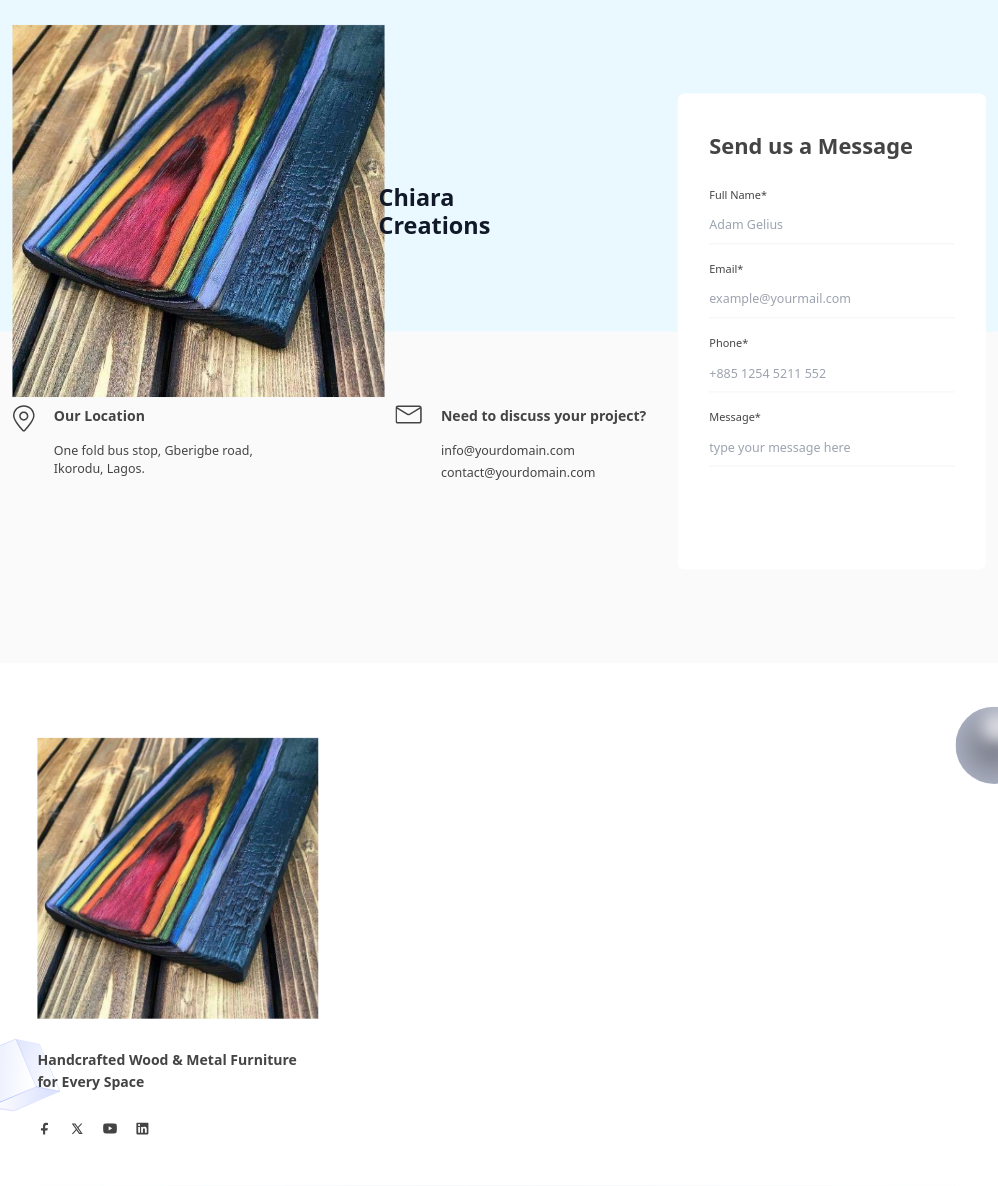
Repository: SuezDevelopment/chiara_creations
Page: /
These files come from the project's save history. The page is drawn as it stood at one moment and after the next save; the edit follows.
The browser window is 1280 px wide. The pictures show the whole page, at 78% of full size.
The project was rebuilt for these pictures with package versions that can differ from the ones it lists, and the page was loaded fresh each time. The framework's server and built-in components were replaced by stand-ins that run in the browser. Also part of the build but not shown: next.config.mjs.

Above is the page before, as saved 2024-03-07 13:09:55.

### src/pages/_app.tsx
import 'tailwindcss/tailwind.css';
import "@/styles/globals.css";
import type { AppProps } from "next/app";

import {memo} from 'react';

const MyApp = memo(({Component, pageProps}: AppProps): JSX.Element => {
  return (
    <>
      <Component {...pageProps} />
    </>
  );
});

export default MyApp;

### src/pages/_document.tsx
import { Html, Head, Main, NextScript } from "next/document";

export default function Document() {
  return (
    <Html lang="en">
      <Head>
        <meta charSet="utf-8" />

        <meta content="notranslate" name="google" />
      </Head>
      <body>
        <Main />
        <NextScript />
      </body>
    </Html>
  );
}

### src/pages/index.tsx
import Image from "next/image";
import { Inter } from "next/font/google";
import Page from "@/components/layout/page";
import { homePageMeta } from "@/data/data";
import Header from "@/components/ui/header";
import Contact from "@/components/ui/contact";
import Footer from "@/components/ui/footer";

export default function Home() {
  const {title, description} = homePageMeta;
  return (
    <Page title={title} description={description}>
      <Header />
      <Contact />
      <Footer />
    </Page>
  );
}

### src/styles/globals.css
@tailwind base;
@tailwind components;
@tailwind utilities;

@layer utilities {
  /* Chrome, Safari and Opera */
  .no-scrollbar::-webkit-scrollbar {
    display: none;
  }

  .no-scrollbar {
    -ms-overflow-style: none; /* IE and Edge */
    scrollbar-width: none; /* Firefox */
  }
}

@supports (-webkit-touch-callout: none) {
  .h-screen {
    height: -webkit-fill-available;
  }
}

* {
  -webkit-font-smoothing: antialiased;
  -moz-osx-font-smoothing: grayscale;
}

html {
  -webkit-tap-highlight-color: transparent;
  scroll-behavior: smooth;
  height: 100vh;
}

body {
  position: relative;
  width: 100%;
  color: #444444;
  font-family: system-ui, -apple-system, BlinkMacSystemFont, 'Segoe UI', Ubuntu, 'Helvetica Neue', sans-serif;
  background-color: #fafafa;
}

td,
th {
  padding: 4px 8px 4px 4px;
  text-align: left;
}

th {
  font-weight: 600;
}

### src/components/layout/page.tsx
import { HomepageMeta } from '@/data/types';
import {NextPage} from 'next';
import Head from 'next/head';
import {useRouter} from 'next/router';
import {memo, PropsWithChildren} from 'react';


const Page: NextPage<PropsWithChildren<HomepageMeta>> = memo(({children, title, description}) => {
    const router = useRouter();
    const {asPath: pathname} = useRouter();
    return (
        <>
            <Head>
                <title>{title}</title>
                <meta name="description" content={description} />

                 {/* several domains list the same content, make sure google knows we mean this one. */}
                <link href={`https://chiara-creations.vercel.app${pathname}`} key="canonical" rel="canonical" />
                <link href="/favicon.ico" rel="icon" sizes="any" />

                <link href="/icon.svg" rel="icon" type="image/svg+xml" />

                <link href="/apple-touch-icon.png" rel="apple-touch-icon" />

                <link href="/site.webmanifest" rel="manifest" />

                {/* Open Graph : https://ogp.me/ */}
                <meta content={title} property="og:title" />
                <meta content={description} property="og:description" />
                <meta content={`https://chiara-creations.vercel.app${pathname}`} property="og:url" />

                <meta content={title} name="twitter:title" />
                <meta content={description} name="twitter:description" />
            </Head>
            <main>
                {children}
            </main>
        </>
    )
});

Page.displayName = 'Page';
export default Page;

### src/data/data.ts
import { HomepageMeta, Service } from "./types";

export const homePageMeta: HomepageMeta = {
  title:
    "Chiara Creations - Handcrafted Wood & Metal Furniture for Every Space",
  description:
    "With a focus on quality craftsmanship and innovative design, we cater to various sectors including residential, commercial, and industrial clients.",
};

export const services: Service[] = [
  {
    name: "Wooden Furniture",
    description:
      "At Chiara creations,our wooden furniture range includes but is not limited to tables, chairs, doors,cabinets, shelves, closets,bed frames, and custom-designed pieces.",
  },
  {
    name: "Metal Furniture",
    description:
      "We also manufacture metal furniture such as steel-framed tables, chairs, desks, shelves, armored doors, security doors , regular doors and industrial-style furniture for modern living spaces.",
  },
  {
    name: "Custom Fabrication",
    description:
      "We provide bespoke fabrication services, collaborating closely with clients to create custom wood and metal products tailored to their specific requirements.",
  },
  {
    name: "Interior Design Solutions",
    description:
      "Our team here at Chiara creations offers comprehensive interior design solutions, integrating our furniture pieces into cohesive interior spaces for homes, offices, restaurants, and other commercial establishments.",
  },
  {
    name: "Consultation and Installation",
    description:
      "From initial consultation to final installation, we ensure a seamless process, guiding clients through every step of the project to achieve their desired outcome.",
  },
];

### src/components/ui/header.tsx
"use client";
import Image from "next/image";
import Link from "next/link";
import { usePathname } from "next/navigation";
// import ThemeToggler from "./ThemeToggler";
// import menuData from "./menuData";
import { useState, useEffect, SetStateAction, ReactElement, JSXElementConstructor, ReactNode, PromiseLikeOfReactNode, Key, ReactPortal } from "react";
import { UrlObject } from "url";


const menuData: { path: string | UrlObject; title: string | number | boolean | PromiseLikeOfReactNode | ReactElement<any, string | JSXElementConstructor<any>> | Iterable<ReactNode> | null | undefined; submenu: any[]; }[] = [

];

const Header = () => {
  // Navbar toggle
  const [navbarOpen, setNavbarOpen] = useState(false);
  const navbarToggleHandler = () => {
    setNavbarOpen(!navbarOpen);
  };

  // Sticky Navbar
  const [sticky, setSticky] = useState(false);
  const handleStickyNavbar = () => {
    if (window.scrollY >= 80) {
      setSticky(true);
    } else {
      setSticky(false);
    }
  };
  useEffect(() => {
    window.addEventListener("scroll", handleStickyNavbar);
  });

  // submenu handler
  const [openIndex, setOpenIndex] = useState(-1);
  const handleSubmenu = (index: number) => {
    if (openIndex === index) {
      setOpenIndex(-1);
    } else {
      setOpenIndex(index);
    }
  };

  const usePathName = usePathname();

  return (
    <>
      <header
        className={`header left-0 right-0 top-0 z-40 flex w-full items-center ${
          sticky
            ? "dark:bg-gray-dark dark:shadow-sticky-dark fixed z-[9999] bg-white !bg-opacity-80 shadow-sticky backdrop-blur-sm transition"
            : "absolute bg-transparent"
        }`}
      >
        <div className="container">
          <div className="relative mx-4 flex items-center justify-between">
            <div className="w-full max-w-full px-4 xl:mr-12 relative z-20 flex justify-between md:px-0 lg:w-max">
              <Link
                href="/"
                className={`header-logo w-full flex items-center -space-x-2 ${
                  sticky ? "py-5 lg:py-2" : "py-8"
                } `}
              >
                <Image
                  src="/images/logo.png"
                  alt="logo"
                  width={40}
                  height={30}
                  className="w-full dark:hidden"
                />
                <Image
                  src="/images/logo.png"
                  alt="logo"
                  width={40}
                  height={30}
                  className="hidden w-full dark:block"
                />
              <span className="text-2xl sm:text-xl md:text-3xl font-bold text-gray-900 dark:text-gray">Chiara Creations</span>
              </Link>
            </div>
            <div className="flex w-full items-center justify-between px-4">
              <div>
                <button
                  onClick={navbarToggleHandler}
                  id="navbarToggler"
                  aria-label="Mobile Menu"
                  className="absolute right-4 top-1/2 block translate-y-[-50%] rounded-lg px-3 py-[6px] ring-primary focus:ring-2 lg:hidden"
                >
                  <span
                    className={`relative my-1.5 block h-0.5 w-[30px] bg-black transition-all duration-300 dark:bg-white ${
                      navbarOpen ? " top-[7px] rotate-45" : " "
                    }`}
                  />
                  <span
                    className={`relative my-1.5 block h-0.5 w-[30px] bg-black transition-all duration-300 dark:bg-white ${
                      navbarOpen ? "opacity-0 " : " "
                    }`}
                  />
                  <span
                    className={`relative my-1.5 block h-0.5 w-[30px] bg-black transition-all duration-300 dark:bg-white ${
                      navbarOpen ? " top-[-8px] -rotate-45" : " "
                    }`}
                  />
                </button>
                <nav
                  id="navbarCollapse"
                  className={`navbar absolute right-0 z-30 w-[250px] rounded border-[.5px] border-body-color/50 bg-white px-6 py-4 duration-300 dark:border-body-color/20 dark:bg-dark lg:visible lg:static lg:w-auto lg:border-none lg:!bg-transparent lg:p-0 lg:opacity-100 ${
                    navbarOpen
                      ? "visibility top-full opacity-100"
                      : "invisible top-[120%] opacity-0"
                  }`}
                >
                  <ul className="block lg:flex lg:space-x-12">
                    {menuData.map((menuItem: { path: string | UrlObject; title: string | number | boolean | ReactElement<any, string | JSXElementConstructor<any>> | Iterable<ReactNode> | PromiseLikeOfReactNode | null | undefined; submenu: any[]; }, index: any | null | undefined) => (
                      <li key={index} className="group relative">
                        {menuItem.path ? (
                          <Link
                            href={menuItem.path}
                            className={`flex py-2 text-base lg:mr-0 lg:inline-flex lg:px-0 lg:py-6 ${
                              usePathName === menuItem.path
                                ? "text-primary dark:text-white"
                                : "text-dark hover:text-primary dark:text-white/70 dark:hover:text-white"
                            }`}
                          >
                            {menuItem.title}
                          </Link>
                        ) : (
                          <>
                            <p
                              onClick={() => handleSubmenu(index)}
                              className="flex cursor-pointer items-center justify-between py-2 text-base text-dark group-hover:text-primary dark:text-white/70 dark:group-hover:text-white lg:mr-0 lg:inline-flex lg:px-0 lg:py-6"
                            >
                              {menuItem.title}
                              <span className="pl-3">
                                <svg width="25" height="24" viewBox="0 0 25 24">
                                  <path
                                    fillRule="evenodd"
                                    clipRule="evenodd"
                                    d="M6.29289 8.8427C6.68342 8.45217 7.31658 8.45217 7.70711 8.8427L12 13.1356L16.2929 8.8427C16.6834 8.45217 17.3166 8.45217 17.7071 8.8427C18.0976 9.23322 18.0976 9.86639 17.7071 10.2569L12 15.964L6.29289 10.2569C5.90237 9.86639 5.90237 9.23322 6.29289 8.8427Z"
                                    fill="currentColor"
                                  />
                                </svg>
                              </span>
                            </p>
                            <div
                              className={`submenu relative left-0 top-full rounded-sm bg-white transition-[top] duration-300 group-hover:opacity-100 dark:bg-dark lg:invisible lg:absolute lg:top-[110%] lg:block lg:w-[250px] lg:p-4 lg:opacity-0 lg:shadow-lg lg:group-hover:visible lg:group-hover:top-full ${
                                openIndex === index ? "block" : "hidden"
                              }`}
                            >
                              {menuItem.submenu.map((submenuItem: { path: string | UrlObject; title: string | number | boolean | ReactElement<any, string | JSXElementConstructor<any>> | Iterable<ReactNode> | ReactPortal | PromiseLikeOfReactNode | null | undefined; }, index: Key | null | undefined) => (
                                <Link
                                  href={submenuItem.path}
                                  key={index}
                                  className="block rounded py-2.5 text-sm text-dark hover:text-primary dark:text-white/70 dark:hover:text-white lg:px-3"
                                >
                                  {submenuItem.title}
                                </Link>
                              ))}
                            </div>
                          </>
                        )}
                      </li>
                    ))}
                  </ul>
                </nav>
              </div>

            </div>
          </div>
        </div>
      </header>
    </>
  );
};

export default Header;

### src/components/ui/contact.tsx
const Contact = () => {
    return (
      <section id="contact" className="relative py-20 md:py-[120px]">
        <div className="absolute left-0 top-0 -z-[1] h-full w-full dark:bg-dark"></div>
        <div className="absolute left-0 top-0 -z-[1] h-1/2 w-full bg-[#E9F9FF] dark:bg-dark-700 lg:h-[45%] xl:h-1/2"></div>
        <div className="container px-4">
          <div className="-mx-4 flex flex-wrap items-center">
            <div className="w-full px-4 lg:w-7/12 xl:w-8/12">
              <div className="ud-contact-content-wrapper">
                <div className="ud-contact-title mb-12 lg:mb-[150px]">
                  <span className="mb-6 block text-base font-medium text-dark">
                    CONTACT US
                  </span>
                  <h2 className="max-w-[360px] text-[35px] font-bold leading-[1.14] text-dark">
                    Let Chiara Creations transform your space.
                  </h2>
                </div>
                <div className="mb-12 flex flex-wrap justify-between lg:mb-0">
                  <div className="mb-8 flex w-[330px] max-w-full">
                    <div className="mr-6 text-[32px] text-primary">
                      <svg
                        width="29"
                        height="35"
                        viewBox="0 0 29 35"
                        className="fill-current"
                      >
                        <path d="M14.5 0.710938C6.89844 0.710938 0.664062 6.72656 0.664062 14.0547C0.664062 19.9062 9.03125 29.5859 12.6406 33.5234C13.1328 34.0703 13.7891 34.3437 14.5 34.3437C15.2109 34.3437 15.8672 34.0703 16.3594 33.5234C19.9688 29.6406 28.3359 19.9062 28.3359 14.0547C28.3359 6.67188 22.1016 0.710938 14.5 0.710938ZM14.9375 32.2109C14.6641 32.4844 14.2812 32.4844 14.0625 32.2109C11.3828 29.3125 2.57812 19.3594 2.57812 14.0547C2.57812 7.71094 7.9375 2.625 14.5 2.625C21.0625 2.625 26.4219 7.76562 26.4219 14.0547C26.4219 19.3594 17.6172 29.2578 14.9375 32.2109Z" />
                        <path d="M14.5 8.58594C11.2734 8.58594 8.59375 11.2109 8.59375 14.4922C8.59375 17.7188 11.2187 20.3984 14.5 20.3984C17.7812 20.3984 20.4062 17.7734 20.4062 14.4922C20.4062 11.2109 17.7266 8.58594 14.5 8.58594ZM14.5 18.4297C12.3125 18.4297 10.5078 16.625 10.5078 14.4375C10.5078 12.25 12.3125 10.4453 14.5 10.4453C16.6875 10.4453 18.4922 12.25 18.4922 14.4375C18.4922 16.625 16.6875 18.4297 14.5 18.4297Z" />
                      </svg>
                    </div>
                    <div>
                      <h3 className="mb-[18px] text-lg font-semibold text-dark">
                        Our Location
                      </h3>
                      <p className="text-base text-body-color dark:text-dark-6">
                        One fold bus stop, Gberigbe road, Ikorodu, Lagos.
                      </p>
                    </div>
                  </div>
                  <div className="mb-8 flex w-[330px] max-w-full">
                    <div className="mr-6 text-[32px] text-primary">
                      <svg
                        width="34"
                        height="25"
                        viewBox="0 0 34 25"
                        className="fill-current"
                      >
                        <path d="M30.5156 0.960938H3.17188C1.42188 0.960938 0 2.38281 0 4.13281V20.9219C0 22.6719 1.42188 24.0938 3.17188 24.0938H30.5156C32.2656 24.0938 33.6875 22.6719 33.6875 20.9219V4.13281C33.6875 2.38281 32.2656 0.960938 30.5156 0.960938ZM30.5156 2.875C30.7891 2.875 31.0078 2.92969 31.2266 3.09375L17.6094 11.3516C17.1172 11.625 16.5703 11.625 16.0781 11.3516L2.46094 3.09375C2.67969 2.98438 2.89844 2.875 3.17188 2.875H30.5156ZM30.5156 22.125H3.17188C2.51562 22.125 1.91406 21.5781 1.91406 20.8672V5.00781L15.0391 12.9922C15.5859 13.3203 16.1875 13.4844 16.7891 13.4844C17.3906 13.4844 17.9922 13.3203 18.5391 12.9922L31.6641 5.00781V20.8672C31.7734 21.5781 31.1719 22.125 30.5156 22.125Z" />
                      </svg>
                    </div>
                    <div>
                      <h3 className="mb-[18px] text-lg font-semibold text-dark">
                        Need to discuss your project?
                      </h3>
                      <p className="text-base text-body-color dark:text-dark-6">
                        info@yourdomain.com
                      </p>
                      <p className="mt-1 text-base text-body-color dark:text-dark-6">
                        contact@yourdomain.com
                      </p>
                    </div>
                  </div>
                </div>
              </div>
            </div>
            <div className="w-full px-4 lg:w-5/12 xl:w-4/12">
              <div
                className="wow fadeInUp rounded-lg bg-white px-8 py-10 shadow-testimonial dark:bg-dark-2 dark:shadow-none sm:px-10 sm:py-12 md:p-[60px] lg:p-10 lg:px-10 lg:py-12 2xl:p-[60px]"
                data-wow-delay=".2s
                "
              >
                <h3 className="mb-8 text-2xl font-semibold text-dark md:text-[28px] md:leading-[1.42]">
                  Send us a Message
                </h3>
                <form>
                  <div className="mb-[22px]">
                    <label
                      htmlFor="fullName"
                      className="mb-4 block text-sm text-body-color dark:text-dark-6"
                    >
                      Full Name*
                    </label>
                    <input
                      type="text"
                      name="fullName"
                      placeholder="Adam Gelius"
                      className="w-full border-0 border-b border-[#f1f1f1] bg-transparent pb-3 text-dark placeholder:text-body-color/60 focus:border-primary focus:outline-none dark:border-dark-3"
                    />
                  </div>
                  <div className="mb-[22px]">
                    <label
                      htmlFor="email"
                      className="mb-4 block text-sm text-body-color dark:text-dark-6"
                    >
                      Email*
                    </label>
                    <input
                      type="email"
                      name="email"
                      placeholder="example@yourmail.com"
                      className="w-full border-0 border-b border-[#f1f1f1] bg-transparent pb-3 text-dark placeholder:text-body-color/60 focus:border-primary focus:outline-none dark:border-dark-3"
                    />
                  </div>
                  <div className="mb-[22px]">
                    <label
                      htmlFor="phone"
                      className="mb-4 block text-sm text-body-color dark:text-dark-6"
                    >
                      Phone*
                    </label>
                    <input
                      type="text"
                      name="phone"
                      placeholder="+885 1254 5211 552"
                      className="w-full border-0 border-b border-[#f1f1f1] bg-transparent pb-3 text-dark placeholder:text-body-color/60 focus:border-primary focus:outline-none dark:border-dark-3"
                    />
                  </div>
                  <div className="mb-[30px]">
                    <label
                      htmlFor="message"
                      className="mb-4 block text-sm text-body-color dark:text-dark-6"
                    >
                      Message*
                    </label>
                    <textarea
                      name="message"
                      rows={1}
                      placeholder="type your message here"
                      className="w-full resize-none border-0 border-b border-[#f1f1f1] bg-transparent pb-3 text-dark placeholder:text-body-color/60 focus:border-primary focus:outline-none dark:border-dark-3"
                    ></textarea>
                  </div>
                  <div className="mb-0">
                    <button
                      type="submit"
                      className="inline-flex items-center justify-center rounded-md bg-primary px-10 py-3 text-base font-medium text-white transition duration-300 ease-in-out hover:bg-primary/90"
                    >
                      Send
                    </button>
                  </div>
                </form>
              </div>
            </div>
          </div>
        </div>
      </section>
    );
  };

  export default Contact;

Loaded but not shown: tailwind.config.ts (common file); src/components/ui/footer.tsx (331 lines, source omitted)

After the next save:
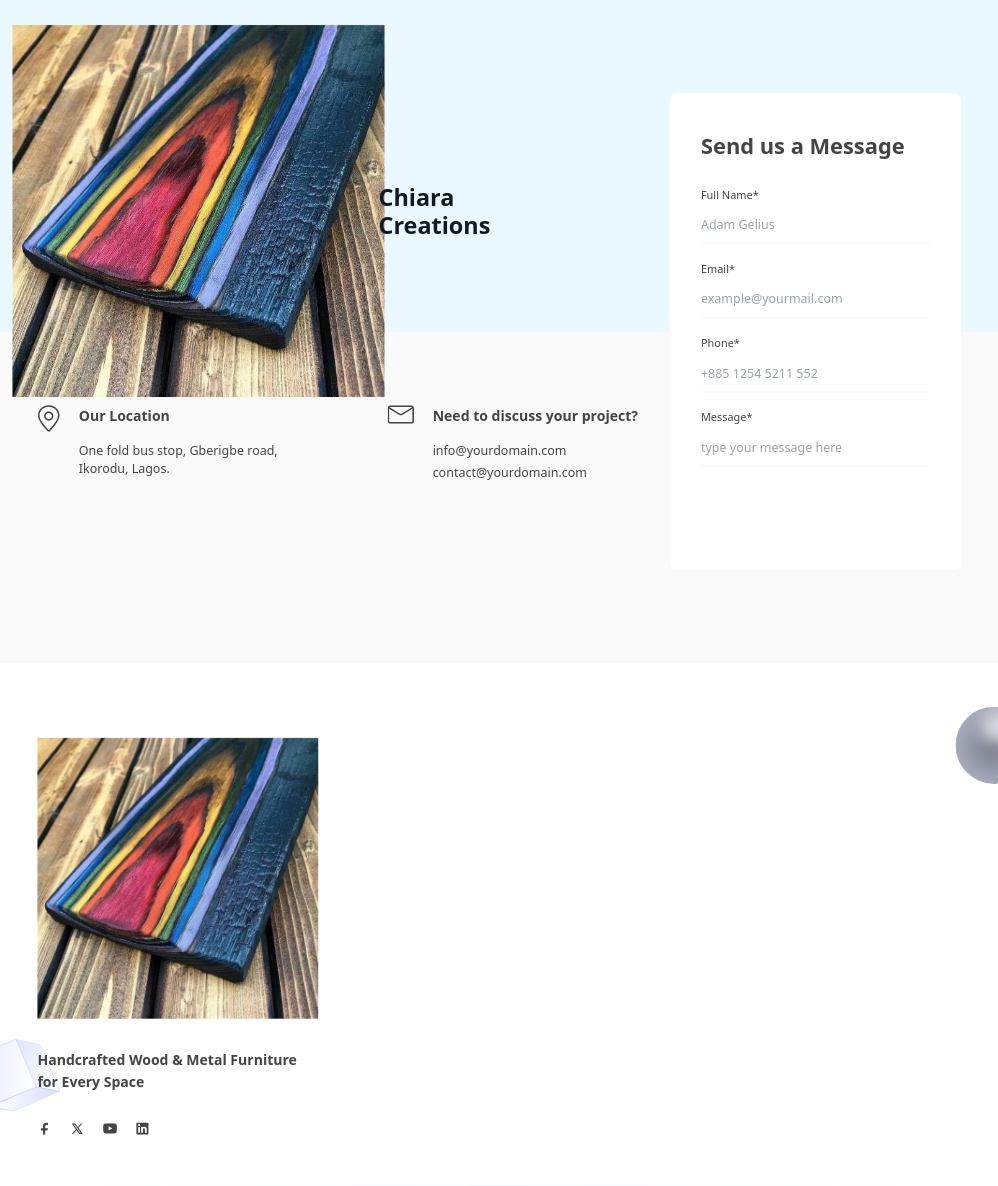
Saved 38 s later.
--- a/src/components/ui/contact.tsx
+++ b/src/components/ui/contact.tsx
@@ -4,7 +4,7 @@ const Contact = () => {
         <div className="absolute left-0 top-0 -z-[1] h-full w-full dark:bg-dark"></div>
         <div className="absolute left-0 top-0 -z-[1] h-1/2 w-full bg-[#E9F9FF] dark:bg-dark-700 lg:h-[45%] xl:h-1/2"></div>
         <div className="container px-4">
-          <div className="-mx-4 flex flex-wrap items-center">
+          <div className="mx-4 flex flex-wrap items-center">
             <div className="w-full px-4 lg:w-7/12 xl:w-8/12">
               <div className="ud-contact-content-wrapper">
                 <div className="ud-contact-title mb-12 lg:mb-[150px]">
